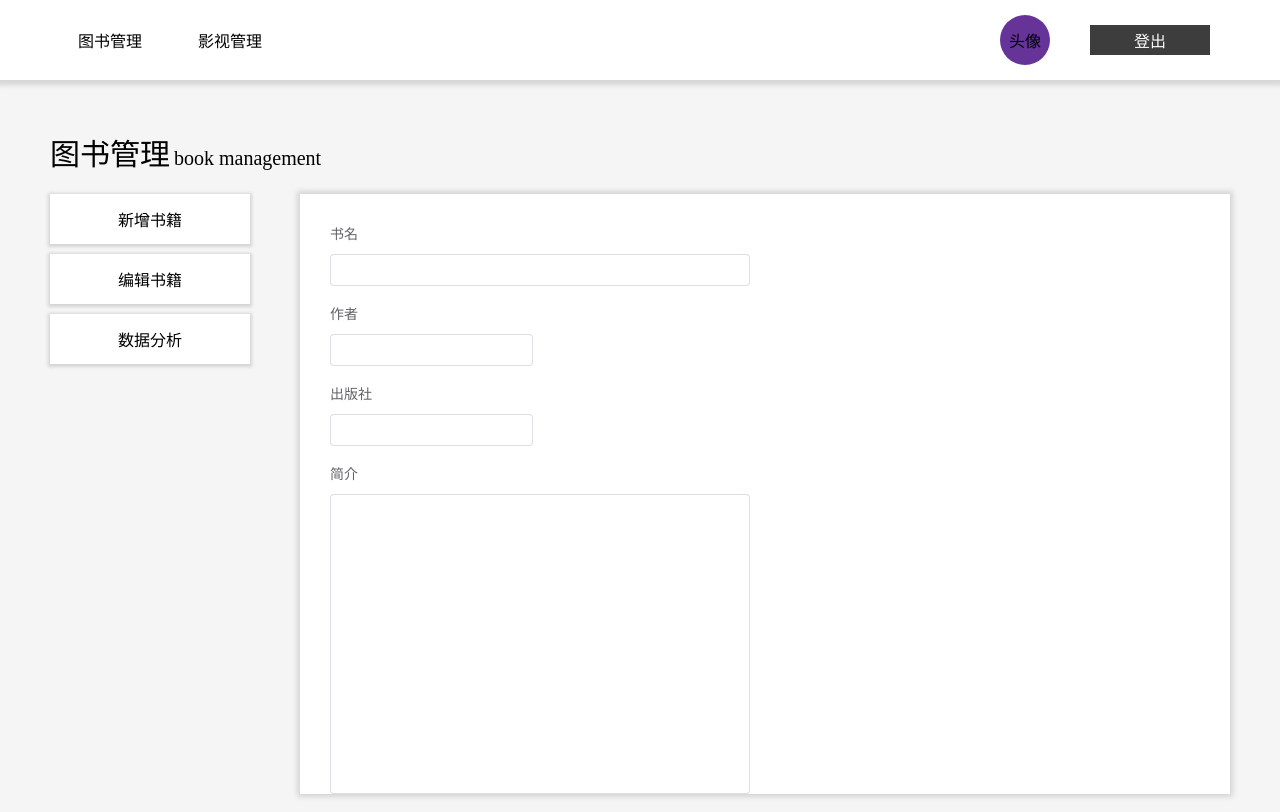
Repository: quanwangniuniu/Oasis-Reading-Platform
Page: /#/admin/books (app in Vue-frontend/)
The author's editor kept a copy of each file at every save. The page is drawn from the files as they stood at one save, then again after a run of saves.
The browser window is 1280 px wide. The pictures show the whole page.
Some web fonts or font styles are not loaded; a fallback is used. The project was rebuilt for these pictures with package versions that can differ from the ones it lists, and the page was loaded fresh each time. Also part of the build but not shown: Vue-frontend/vite.config.js, Vue-frontend/src/components/Test.vue, Vue-frontend/src/components/user/books/BookCard.vue, Vue-frontend/src/components/axios/config.js, Vue-frontend/src/components/axios/api.js, Vue-frontend/src/components/user/books/Books.vue, Vue-frontend/src/components/user/movies/Favourites.vue, Vue-frontend/src/components/user/explore/Explore.vue and 10 more.

Above is the page before, as saved 2023-04-13 16:32:17.

### Vue-frontend/index.html
<!DOCTYPE html>
<html lang="en">
  <head>
    <meta charset="UTF-8">
    <meta name="viewport" content="width=device-width, initial-scale=1.0">
    <title>Vite App</title>
    <style>
      *{
        padding: 0px;
        margin: 0px;
      }

      body{
        background-color: rgb(245, 245, 245);
      }
    </style>
  </head>
  <body>
    <div id="app"></div>
    <script type="module" src="/src/main.js"></script>
  </body>
</html>

### Vue-frontend/src/main.js
import { createApp } from 'vue'
import ElementPlus from 'element-plus'
import 'element-plus/dist/index.css'
import App from './App.vue'
import router from './components/router/router'
import * as ElementPlusIconsVue from '@element-plus/icons-vue'
import './assets/font/font.css'
import './assets/css/element.css'

const app = createApp(App)
app.use(router)
app.use(ElementPlus)
app.mount('#app')
for (const [key, component] of Object.entries(ElementPlusIconsVue)) {
    app.component(key, component)
  }

### Vue-frontend/src/App.vue
<script setup>
import Test from './components/Test.vue';
</script>

<template>
  <div>
    <router-view></router-view>
  </div>
</template>

<style scoped>
</style>

### Vue-frontend/src/components/router/router.js
import {createRouter, createWebHashHistory} from 'vue-router'
import Books from '../user/books/Books.vue'
import Movies from '../user/movies/Favourites.vue'
import Explore from '../user/explore/Explore.vue'
import Login from '../user/login/Login.vue'
import SpecificBook from '../user/books/SpecificBook.vue'
import User from '../User.vue'
import Admin from '../Admin.vue'
import UserInfo from '../user/info/UserInfo.vue'
import BookSearch from '../user/books/BookSearch.vue'
import Transit from '../user/books/Transit.vue'
import BookManagement from '../admin/bookManagement/BookManagement.vue'
import MovieManagement from '../admin/movieManagement/MovieManagement.vue'

import {checkUser} from './utils.js'

const router = createRouter({
    history: createWebHashHistory(),
    routes:[
        {path:'/user', component: User, alias:['/'], children:[
            {path:'books', component: Books},
            {path:'search',name:'search', component: BookSearch},
            {path:'transit',name:'transit', component: Transit},
            {path:'books/:id', component: SpecificBook,beforeEnter: checkUser},
            {path:'movies', component: Movies},
            {path:'explore', component: Explore},
            {path:'login', component: Login},
            {path:'info', component: UserInfo, beforeEnter: checkUser},
        ]},
        {path:'/admin', component: Admin,children:[
            {path:'books', component: BookManagement},
            {path:'movies', component: MovieManagement}
        ]}
    ]
})

export default router

### Vue-frontend/src/assets/font/font.css

  @font-face {
    font-family: siyuansongti;
    src: url(./Source_Han_Serif_SC_Light_Light.otf);
    font-weight: normal;
    font-style: normal;
  }

### Vue-frontend/src/assets/css/element.css
.el-textarea__inner{
    resize: none;
    height: 300px;
}

### Vue-frontend/src/components/Admin.vue
<script setup>
import BookManagementVue from './admin/bookManagement/BookManagement.vue';
import AdminHeader from './admin/header/AdminHeader.vue';
</script>

<template>
    <AdminHeader></AdminHeader>
    <router-view></router-view>
</template>

<style scoped>
</style>

### Vue-frontend/src/components/admin/bookManagement/BookManagement.vue
<script setup>
import LeftBar from './LeftBar.vue';
import {ref} from 'vue'


const bookItem = ref({
  title: '',
  author: '',
  publisher: '',
  ISBN: '',
  description: '',
  publish_year: '',
  page:'',
  binding: '',
  price:'',
  seriers:' '
})


</script>

<template>
  <div class="top-container">
    <div class="title">
      <span>图书管理</span>&nbsp;<span>book management</span>
    </div>
  </div>
  <div class="container">
      <LeftBar></LeftBar>
      <div class="panel">
        <div>
          <el-form
            label-position="top"
            label-width="100px"
            :model="formLabelAlign"
            style="max-width: 460px"
            :inline="true"
          >
            <el-form-item label="书名" style="width:420px">
              <el-input v-model="bookItem.title" />
            </el-form-item>
            <el-form-item label="作者">
              <el-input v-model="bookItem.author" />
            </el-form-item>
            <el-form-item label="出版社">
              <el-input v-model="bookItem.publisher" />
            </el-form-item>
            <el-form-item label="简介" style="width:420px">
                <el-input v-model="bookItem.description" type="textarea"/>
            </el-form-item>
          </el-form>
        </div>
      </div>
  </div>

</template>

<style scoped>
.top-container{
  margin: 50px 50px 0px 50px;
  display: flex;
  justify-content: space-between;
}

.title{
  width: 400px;
  font-family: siyuansongti;
}
.container{
  display: flex;
  margin: 20px 50px 0px 50px
}

.title span:nth-child(1){
  font-size: 30px;
}
.title span:nth-child(2){
  font-size: 20px;
}

.panel{
  box-sizing: border-box;
  flex: 1;
  height: 600px;
  background-color: white;
  box-shadow: 0 0 5px 3px rgb(214, 214, 214);
  padding: 30px;
}

</style>

### Vue-frontend/src/components/router/utils.js
export const checkUser = (from, to, next) => {
    if(localStorage.getItem('token') === null){
        next('/login')
    }else{
        next()
    }
}

### Vue-frontend/src/components/admin/header/AdminHeader.vue
<script setup>

let logout = () =>{
    localStorage.clear('token')
    localStorage.clear('type')
}

</script>

<template>
    <div>
        <div class="container">
            <div class="left">
                <div class="nav"><router-link to="/admin/books">图书管理</router-link></div>
                <div class="nav"><router-link to="/admin/movies">影视管理</router-link></div>
            </div>

            <div class="right">
                <div class="nav avata"><router-link to="/info">头像</router-link></div>
                <div class="nav login"><router-link to="/explore" @click="logout">登出</router-link></div>
            </div>

        </div>
    </div>

</template>

<style scoped>
.container{
    height: 80px;
    background-color: white;
    /* 边框模糊效果 */
    box-shadow: 0 0 5px 5px rgb(214, 214, 214);
    /* 开启flex布局 */
    display: flex;
    /* 设置元素靠右排列 */
    justify-content: space-between;
    /* 设置元素垂直居中 */
    align-items: center;
}

.left{
    display: flex;
    /* 设置元素垂直居中 */
    align-items: center;
    padding-left: 50px;
}

.right{
    display: flex;
    /* 设置元素垂直居中 */
    align-items: center;
    padding-right: 50px;
}

.nav{
    width: 80px;
    height: 30px;
    margin-left: 20px;
    margin-right: 20px;
    /* 设置nav内部a标签水平居中 */
    text-align: center;
    /* 开启flex局部 */
    display: flex;
    /* 设置nav内部a标签垂直居中 */
    align-items: center;
}

.nav a{
    width: 80px;
    /* 清除a标签默认样式 */
    text-decoration: none;
    color: black;

}

.login{
    width: 120px;
    background-color: rgb(61, 61, 61);
}

.login a{
    width: 1200px;
    color: white;
}

.avata{
    width: 50px;
    height: 50px;
    border-radius: 50%;
    background-color: rebeccapurple;
}


</style>

### Vue-frontend/src/components/admin/bookManagement/LeftBar.vue
<script setup>

</script>

<template>
    <div class="leftbar-container">
        <div class="card">
            新增书籍
        </div>
        <div class="card">
            编辑书籍
        </div>
        <div class="card">
            数据分析
        </div>
    </div>

</template>

<style scoped>
.leftbar-container{
    width: 250px;
    height: 600px;
}

.card{
    width: 200px;
    height: 50px;
    background: white;
    /* 设置卡片阴影 */
    box-shadow: 0px 1px 3px 2px rgb(214, 214, 214);
    /* 开启flex布局 文字水平垂直居中 */
    display: flex;
    justify-content: center;
    align-items:center;
    margin-bottom: 10px;
}

.card:hover{
    transform:scale(1.1);
}
</style>

After the next 2 saves:
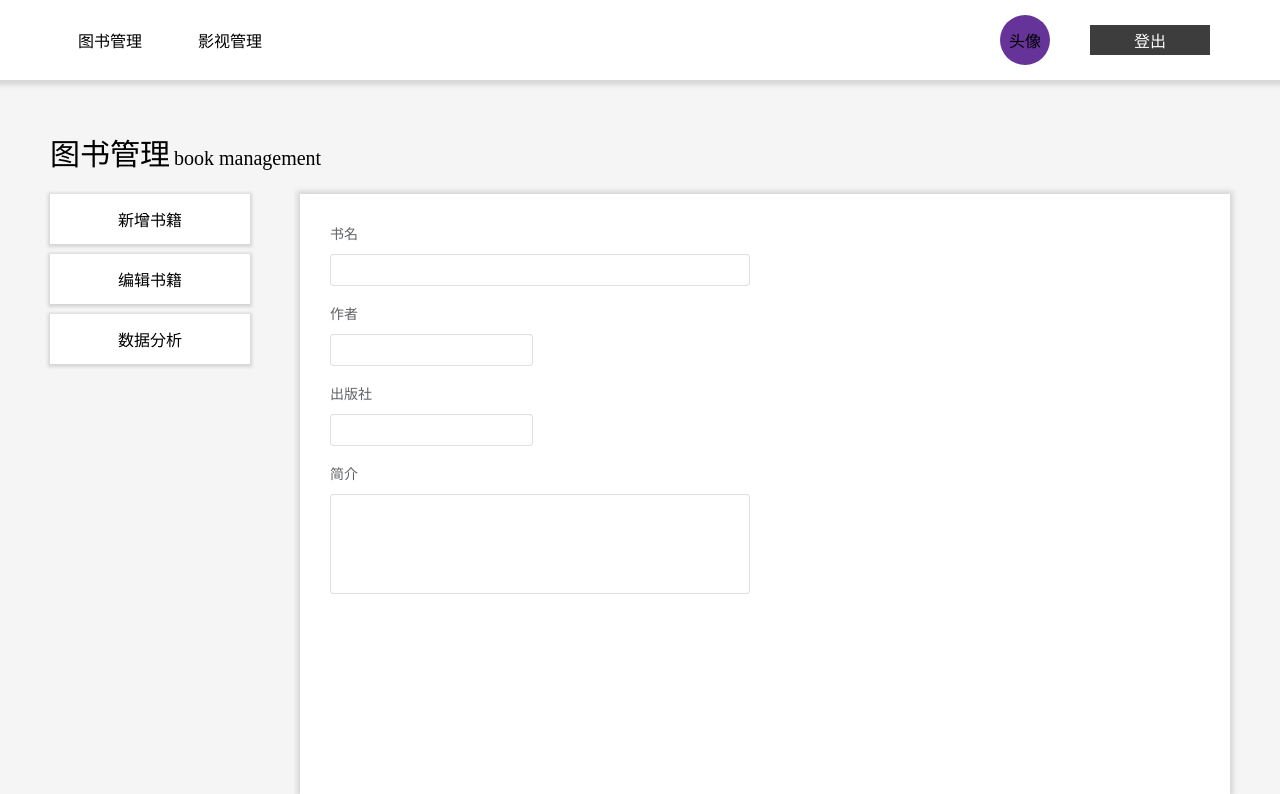
The 2 saves are shown as one change because they came seconds apart.
The last was saved 10 s later.
--- a/Vue-frontend/src/assets/css/element.css
+++ b/Vue-frontend/src/assets/css/element.css
@@ -1,4 +1,4 @@
 .el-textarea__inner{
     resize: none;
-    height: 300px;
+    height: 100px;
 }
